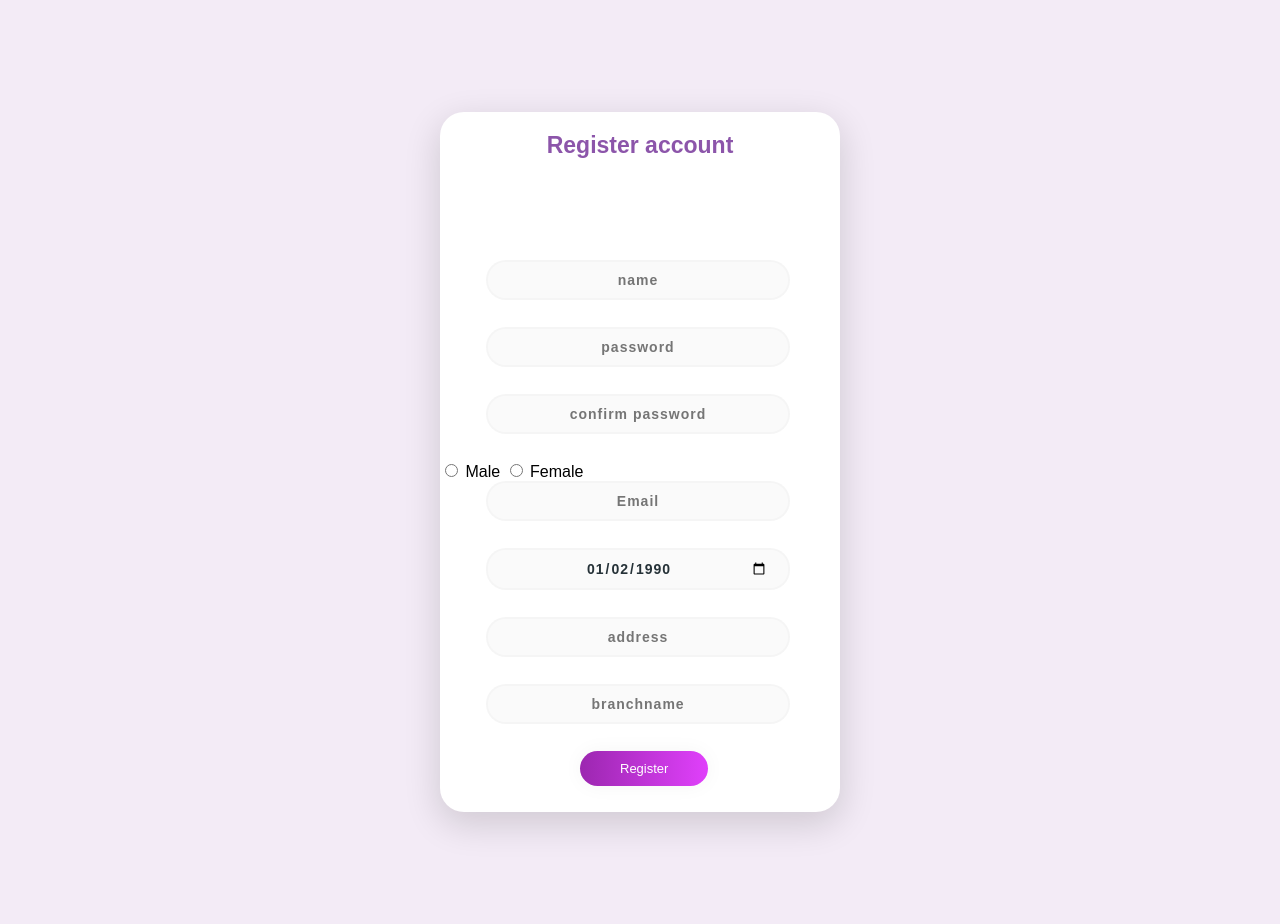
Repository: anujs099/bankingapp
Page: banking-application-final/WebContent/Register.html
These files come from the project's save history. The page is drawn as it stood at one moment and after the next save; the edit follows.
The browser window is 1280 px wide. The pictures show the whole page.

Above is the page before, as saved 2021-03-07 14:58:03.

After the next save:
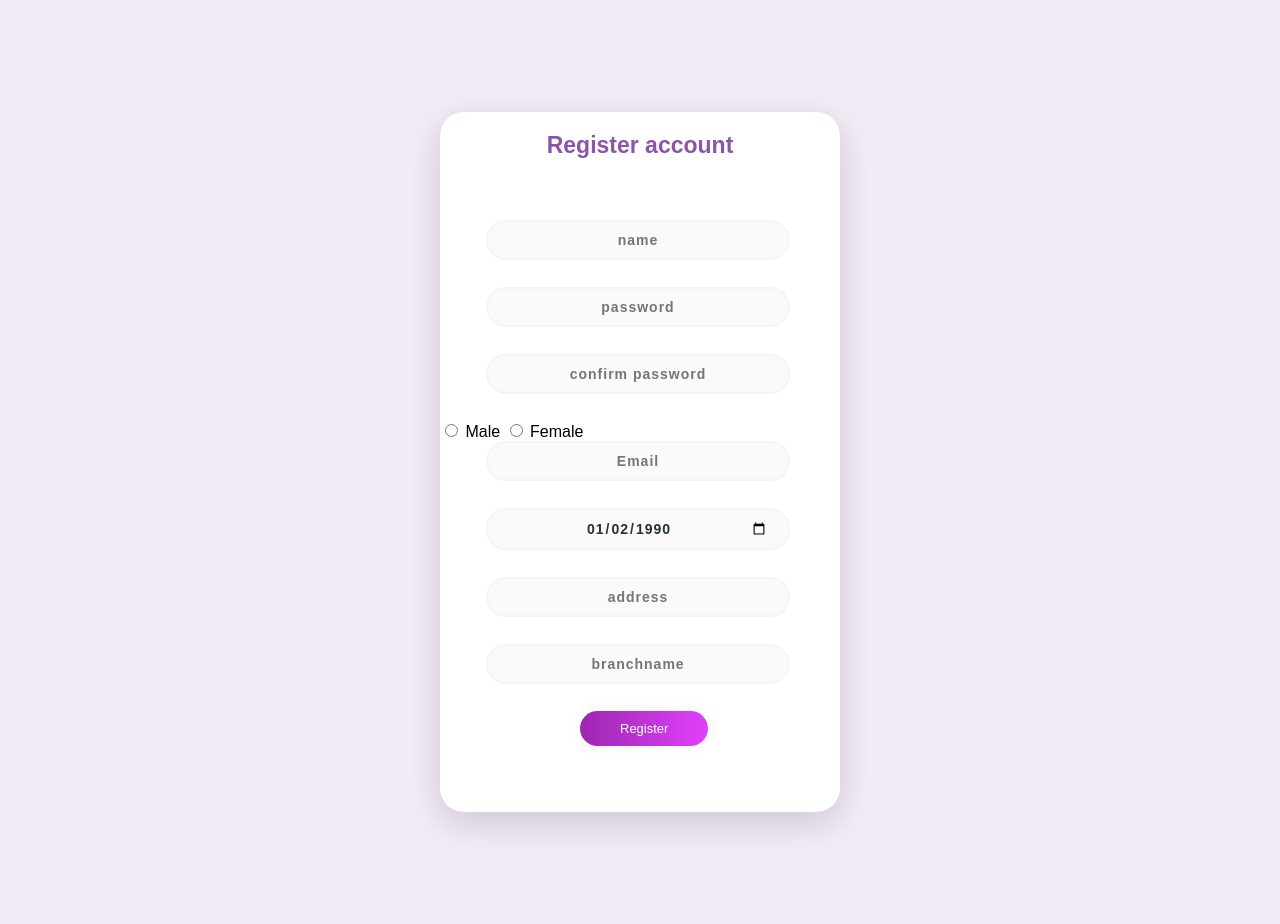
Saved 32 s later.
--- a/banking-application-final/WebContent/Register.html
+++ b/banking-application-final/WebContent/Register.html
@@ -9,7 +9,7 @@
 <div class="main" style="width: 400px;
         height: 700px;">
         <p class="sign" align="center" style="padding:20px">Register account</p>
-<Form action="registerservlet" method="post" class="form1"><br>
+<Form action="registerservlet" method="post" ><br>
 <input type="text" placeholder="name" name="firstname" class="un"><br>
 <input type="password" placeholder="password" name="password" class="un"><br>
 <input type="password" placeholder="confirm password" class="un"><br>
